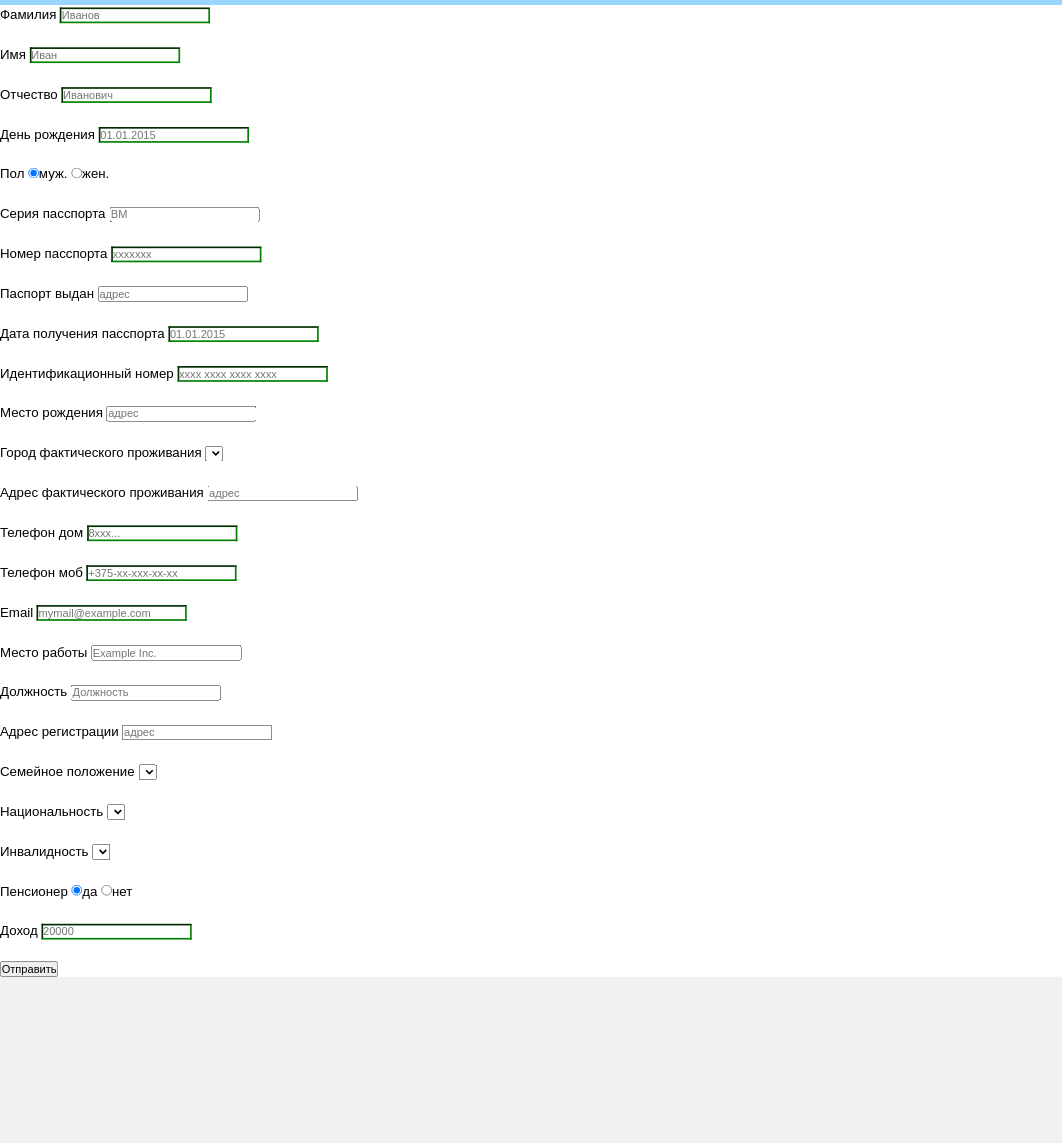
Repository: Westerte/JavaDevelopmentMay2015
Page: http://localhost/bank/jsp/common/edit.jsp
These files come from the project's save history. The page is drawn as it stood at one moment and after the next save; the edit follows.
The browser window is 1280 px wide. The pictures show the whole page, at 83% of full size.
The page is served by Tomcat 9. The template is opened directly, without the code that normally fills it, so the values that code supplies are empty.

Above is the page before, as saved 2015-10-04 09:04:52.

After the next save:
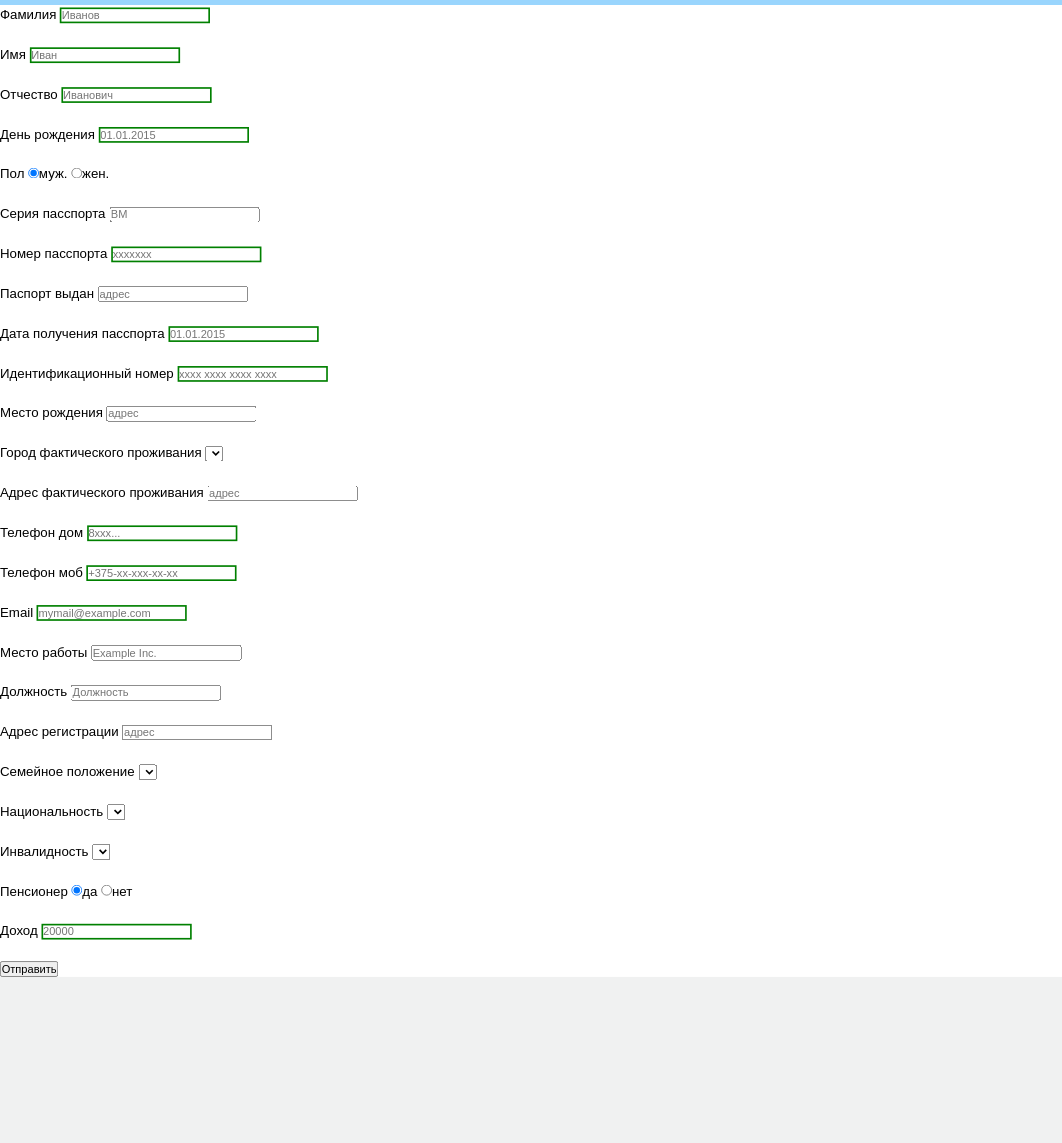
Saved 49 s later.
--- a/workspace/bank/WebContent/css/main.css
+++ b/workspace/bank/WebContent/css/main.css
@@ -275,6 +275,9 @@ table {
 /*login form*/
 
 input[type=text]:valid {
+	border-style: solid;
+}
+input[type=text]:valid {
 	border-color: green;
 }
 
